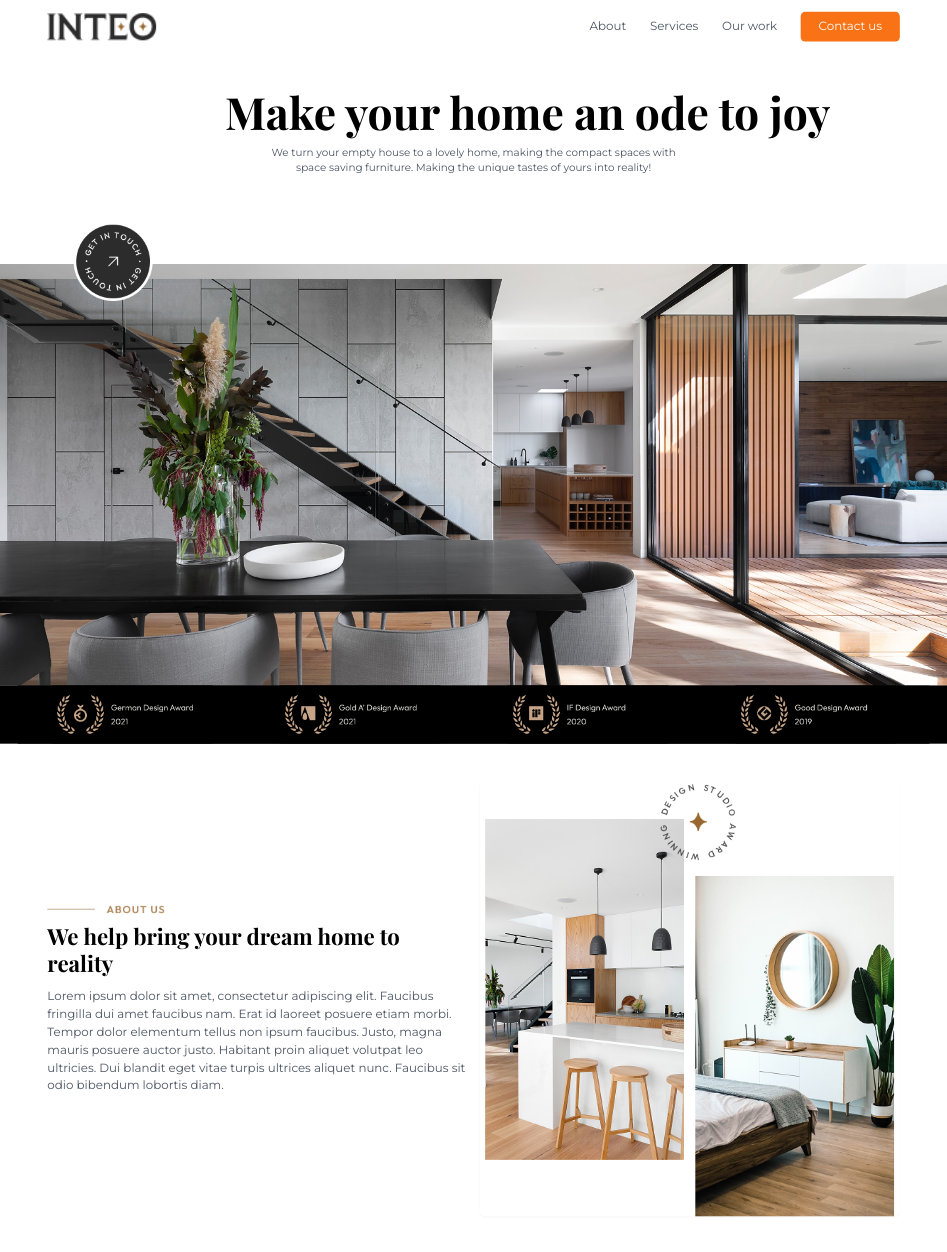
Repository: CatherinneJ/responsive-tailwind-website
Page: tailwind.html
An editor plug-in stored every save of this project. The page is shown before and after the next save, followed by the edit.
The browser window is 1280 px wide. The pictures show the whole page, at 74% of full size.
Some web libraries are served in a nearby version.

Above is the page before, as saved 2025-05-21 19:26:53.

### tailwind.html
<!DOCTYPE html>
<html lang="en">

<head>
    <meta charset="UTF-8">
    <meta name="viewport" content="width=device-width, initial-scale=1.0">
    <title>NTEO - Make your home an ode to joy</title>
    <script src="https://cdn.tailwindcss.com"></script>
    <link
        href="https://fonts.googleapis.com/css2?family=Playfair+Display:wght@400;700&family=Montserrat:wght@300;400;500;600&display=swap"
        rel="stylesheet">
    <style>
        .font-playfair {
            font-family: 'Playfair Display', serif;
        }

        body {
            font-family: 'Montserrat', sans-serif;
        }
    </style>
</head>

<body class="bg-white">
    <header class="py-3 px-4 sm:py-4 sm:px-6 lg:px-16">
        <nav class="flex justify-between items-center">
            <img src="./Assets/Logo.png" alt="logo" class="h-8 sm:h-10">
            <ul class="flex space-x-4 sm:space-x-6 md:space-x-8 items-center">
                <li class="hidden sm:inline-block text-gray-600 hover:text-black text-sm sm:text-base">About</li>
                <li class="hidden sm:inline-block text-gray-600 hover:text-black text-sm sm:text-base">Services</li>
                <li class="hidden md:inline-block text-gray-600 hover:text-black text-sm sm:text-base">Our work</li>
                <li
                    class="bg-orange-500 text-white px-4 py-1 sm:px-6 sm:py-2 rounded-md hover:bg-orange-600 text-sm sm:text-base">
                    Contact us</li>
            </ul>
        </nav>
    </header>
    <section
        class="flex flex-col items-center justify-center px-4 sm:px-6 lg:px-16 pt-6 pb-3 sm:pt-8 sm:pb-4 md:pt-12 md:pb-8 text-center">
        <h1
            class="text-3xl sm:text-4xl md:text-5xl lg:text-6xl font-bold whitespace-normal sm:whitespace-nowrap font-playfair mb-3 sm:mb-4 max-w-2xl">
            Make your home an ode to joy
        </h1>

        <p class="text-base sm:text-lg md:text-sm text-gray-600 mb-6 sm:mb-8 max-w-md sm:max-w-xl">
            We turn your empty house to a lovely home, making the compact spaces with space saving furniture. Making the
            unique tastes of yours into reality!
        </p>
    </section>

    <section class="mt-0">
        <img src="./Assets/Creative.png" class="w-full sm:whitespace-wrap" alt="Creative">
    </section>

    <section id="awards" class=" bg-black mt-0 sm:px-6">
        <div class="grid grid-cols-1 md:grid-cols-2 bg-black lg:grid-cols-4 gap-4 px-2 bg-black">
            <img src="./Assets/Awards1.png" class="w-1/3 sm:w-1/5 md:w-2/5 lg:w-3/4 mx-auto bg-black p-2 rounded-sm "
                alt="award1">
            <img src="./Assets/Awards 2.png" class="w-1/3 sm:w-1/2 md:w-2/5 lg:w-3/4 mx-auto bg-black p-2 rounded-sm"
                alt="award2">
            <img src="./Assets/Awards 3.png" class="w-1/3 sm:w-1/2 self-start md:w-2/5 lg:w-3/4 mx-auto bg-black p-2 rounded-sm"
                alt="award3">
            <img src="./Assets/Awards 4.png" class="w-1/3 sm:w-1/2 md:w-2/5 lg:w-3/4 mx-auto bg-black p-2 rounded-sm"
                alt="award4">

        </div>
    </section>

    <section class="flex flex-col md:flex-row items-center gap-3 sm:gap-4 px-4 sm:px-6 lg:px-16 py-6 sm:py-8 md:py-12">
        <div class="md:w-1/2 order-2 md:order-1 mt-4 md:mt-0">

            <img src="./Assets/Eyebrow.png" class="mb-2 h-6 sm:h-4 md:h-5" alt="About us">

            <h2 class="text-xl sm:text-2xl md:text-3xl font-playfair font-bold mb-3 sm:mb-4">
                We help bring your dream home to reality
            </h2>
            <p class="text-gray-600 text-sm sm:text-base">
                Lorem ipsum dolor sit amet, consectetur adipiscing elit. Faucibus fringilla dui amet faucibus nam. Erat
                id laoreet posuere etiam morbi. Tempor dolor elementum tellus non ipsum faucibus. Justo, magna mauris
                posuere auctor justo. Habitant proin aliquet volutpat leo ultricies. Dui blandit eget vitae turpis
                ultrices aliquet nunc. Faucibus sit odio bibendum lobortis diam.
            </p>
        </div>
        <div class="md:w-1/2 order-1 md:order-2">
            <img src="./Assets/Section.png" alt="Home design" class="w-full rounded-lg shadow-sm">
        </div>
    </section>
</body>

</html>

After the next save:
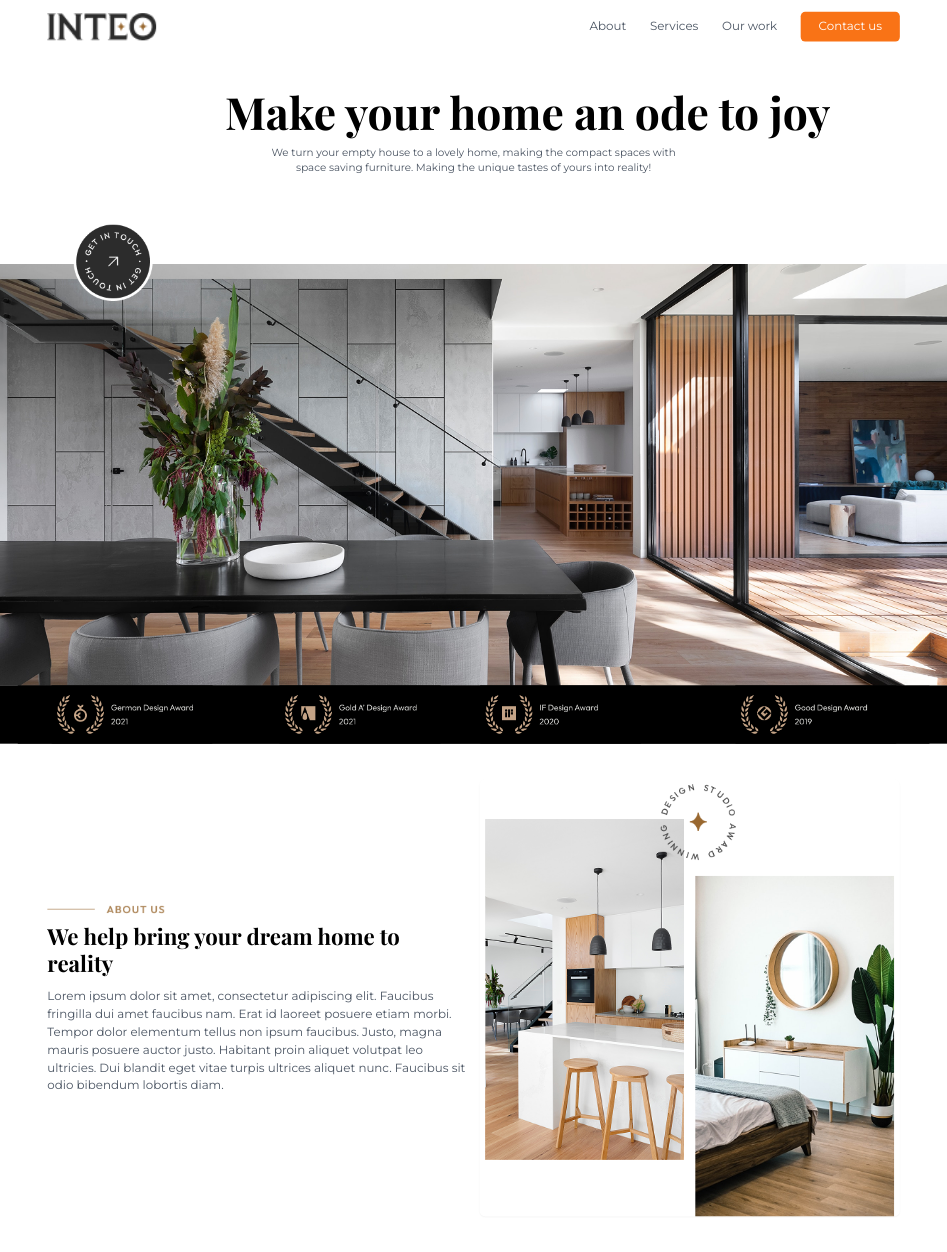
Saved 51 s later.
--- a/tailwind.html
+++ b/tailwind.html
@@ -57,7 +57,7 @@
                 alt="award1">
             <img src="./Assets/Awards 2.png" class="w-1/3 sm:w-1/2 md:w-2/5 lg:w-3/4 mx-auto bg-black p-2 rounded-sm"
                 alt="award2">
-            <img src="./Assets/Awards 3.png" class="w-1/3 sm:w-1/2 self-start md:w-2/5 lg:w-3/4 mx-auto bg-black p-2 rounded-sm"
+            <img src="./Assets/Awards 3.png" class="w-1/3 sm:w-1/2 self-start md:w-2/5 lg:w-3/4 bg-black p-2 rounded-sm"
                 alt="award3">
             <img src="./Assets/Awards 4.png" class="w-1/3 sm:w-1/2 md:w-2/5 lg:w-3/4 mx-auto bg-black p-2 rounded-sm"
                 alt="award4">
